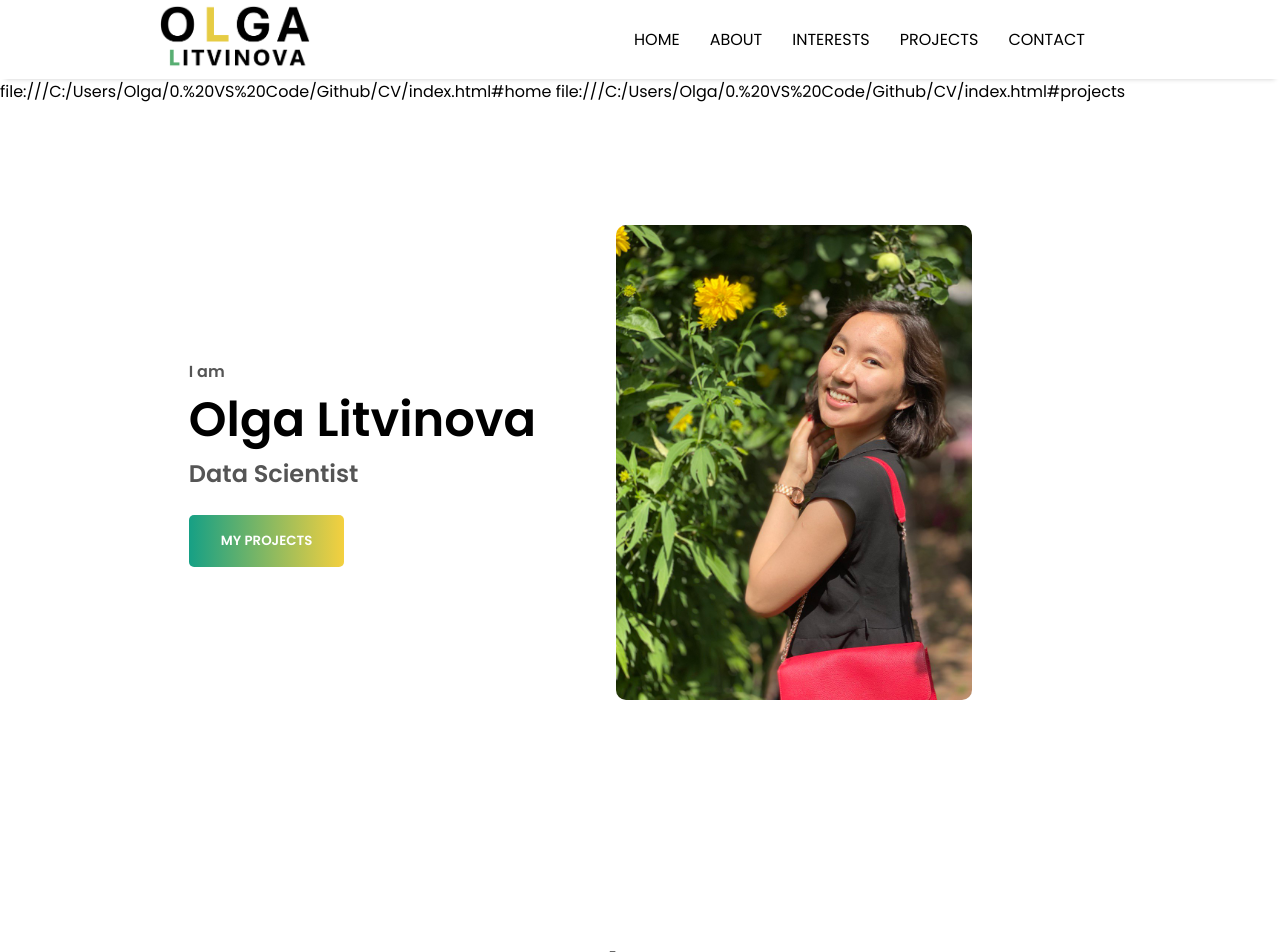
Repository: OlgaKuzminichna/CV
Page: index.html
An editor plug-in stored every save of this project. The page is shown before and after the next save, followed by the edit.
The browser window is 1280 px wide. The pictures show the part of the page from y = 0 to 952 px (the page is 4201 px tall).
A picture or video elsewhere on the page could not be fetched, so the positions and the page height are approximate.

Above is the page before, as saved 2024-11-24 21:28:42.

After the next save:
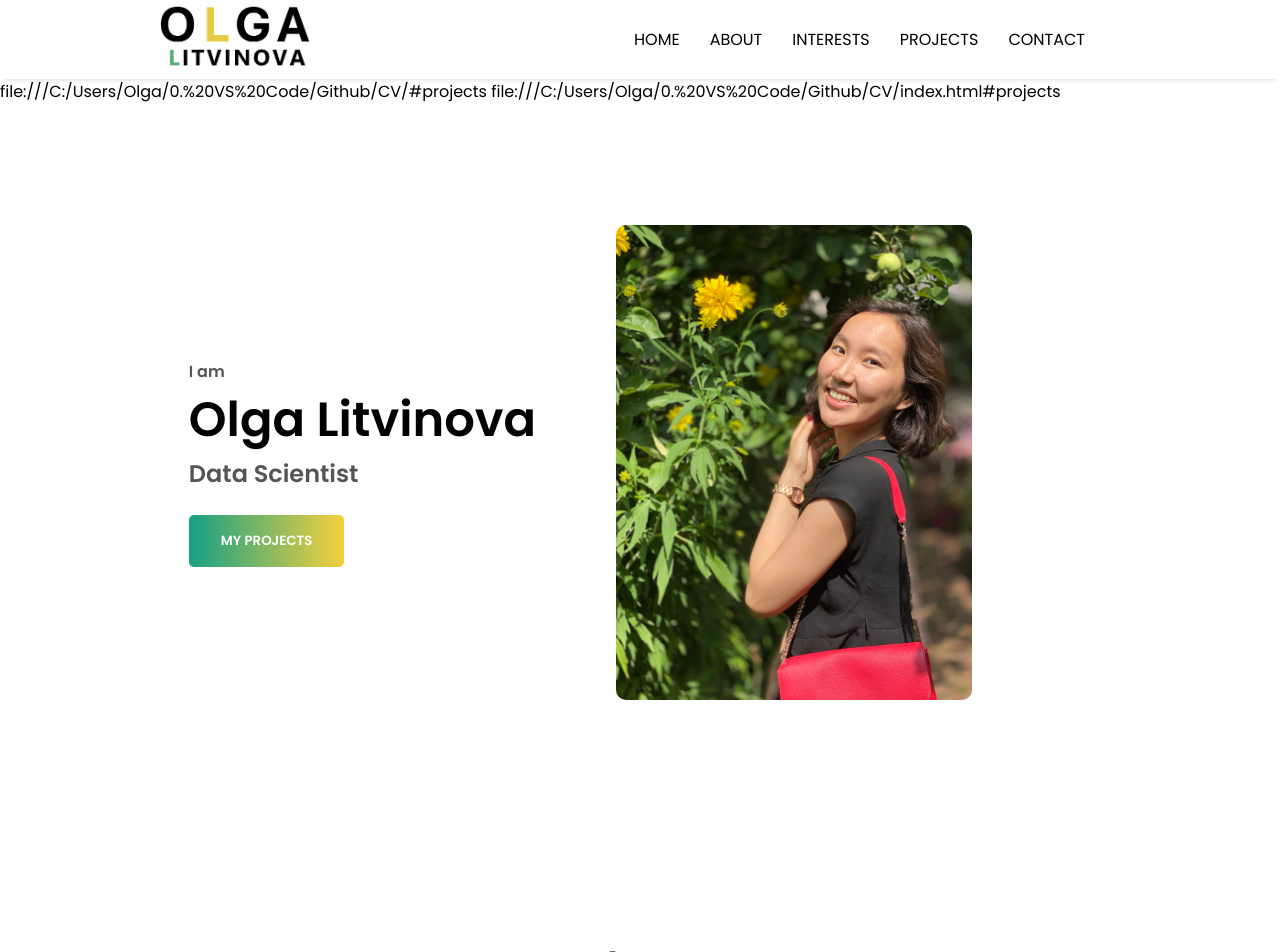
Saved 18 s later.
--- a/index.html
+++ b/index.html
@@ -48,7 +48,7 @@
             </div>
         </nav>
     </header>
-    file:///C:/Users/Olga/0.%20VS%20Code/Github/CV/index.html#home
+    file:///C:/Users/Olga/0.%20VS%20Code/Github/CV/#projects
     file:///C:/Users/Olga/0.%20VS%20Code/Github/CV/index.html#projects
     <main>
         <section id="home">
